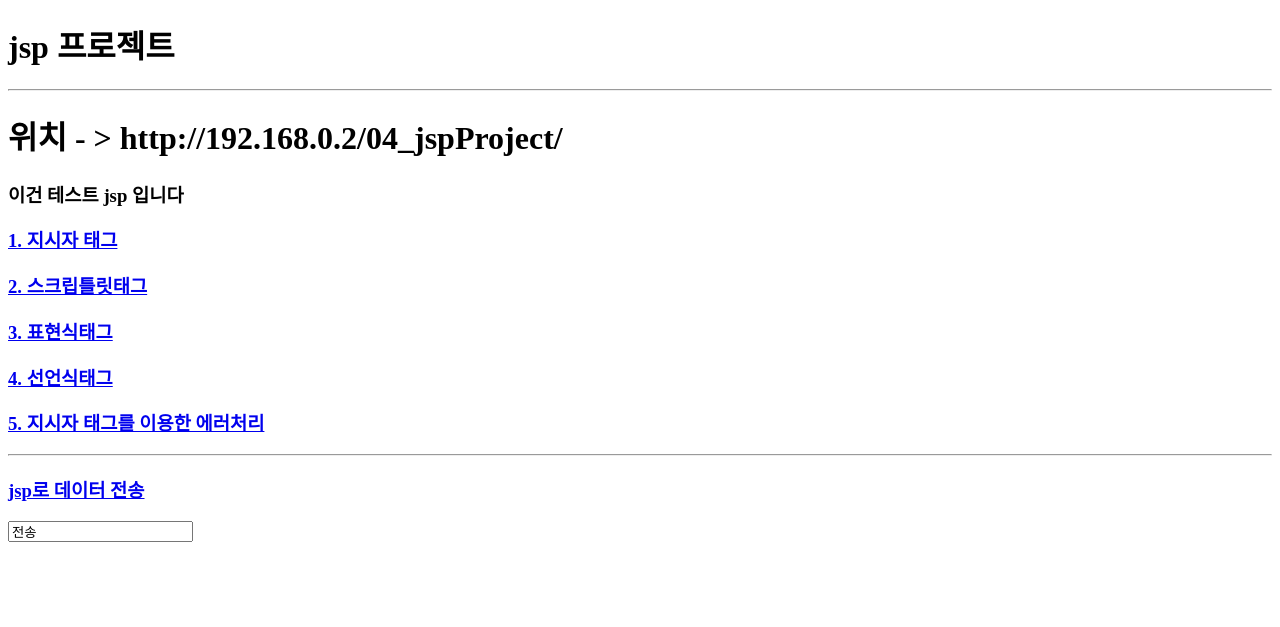
Repository: beescuit9510/toyProjects
Page: http://localhost/04_jspProject/
An editor plug-in stored every save of this project. The page is shown before and after the next save, followed by the edit.
The browser window is 1280 px wide. The pictures show the whole page.
The page is served by Tomcat 9.

Above is the page before, as saved 2021-09-30 05:38:36.

### web-server-workplace/04_jspProject/src/main/webapp/index.jsp
<%@ page language="java" contentType="text/html; charset=UTF-8"
    pageEncoding="UTF-8"%>
<!DOCTYPE html>
<html>
<head>
<meta charset="UTF-8">
<title>Insert title here</title>
</head>
<body>
	<h1>jsp 프로젝트</h1>
	<hr>
	<h1>위치 - > http://192.168.0.2/04_jspProject/</h1>
	<%@include file="/jsp/test.jsp" %>
	<h3><a href="/04_jspProject/jsp/directiveTag.jsp">1. 지시자 태그</a></h3>
	<h3><a href="/04_jspProject/jsp/scriptletTag.jsp">2. 스크립틀릿태그</a></h3>
	<h3><a href="/04_jspProject/jsp/expresstionTag.jsp">3. 표현식태그</a></h3>
	<h3><a href="/04_jspProject/jsp/declation.jsp">4. 선언식태그</a></h3>
	<h3><a href="/04_jspProject/jsp/errorTest.jsp">5. 지시자 태그를 이용한 에러처리</a></h3>
	<hr>
	<h3><a href="/04_jspProject/jsp/sendData1.jsp?name=변덕&age=20&addr=서울">jsp로 데이터 전송</a></h3>
	<form action="/04_jspProject/jsp/sendData2.jsp" method="get">
		<input type="text" name="data1><br>
		<input type="text" name="data1><br>
		<input type="submit" value="전송"><br>
	</form>

</body>
</html>

### web-server-workplace/04_jspProject/src/main/webapp/jsp/test.jsp
<%@ page language="java" contentType="text/html; charset=UTF-8"
    pageEncoding="UTF-8"%>
<!DOCTYPE html>
	<h3>이건 테스트 jsp 입니다</h3>
	<script>
		function func1(){
			alert("함수실행");
		}
	</script>

After the next save:
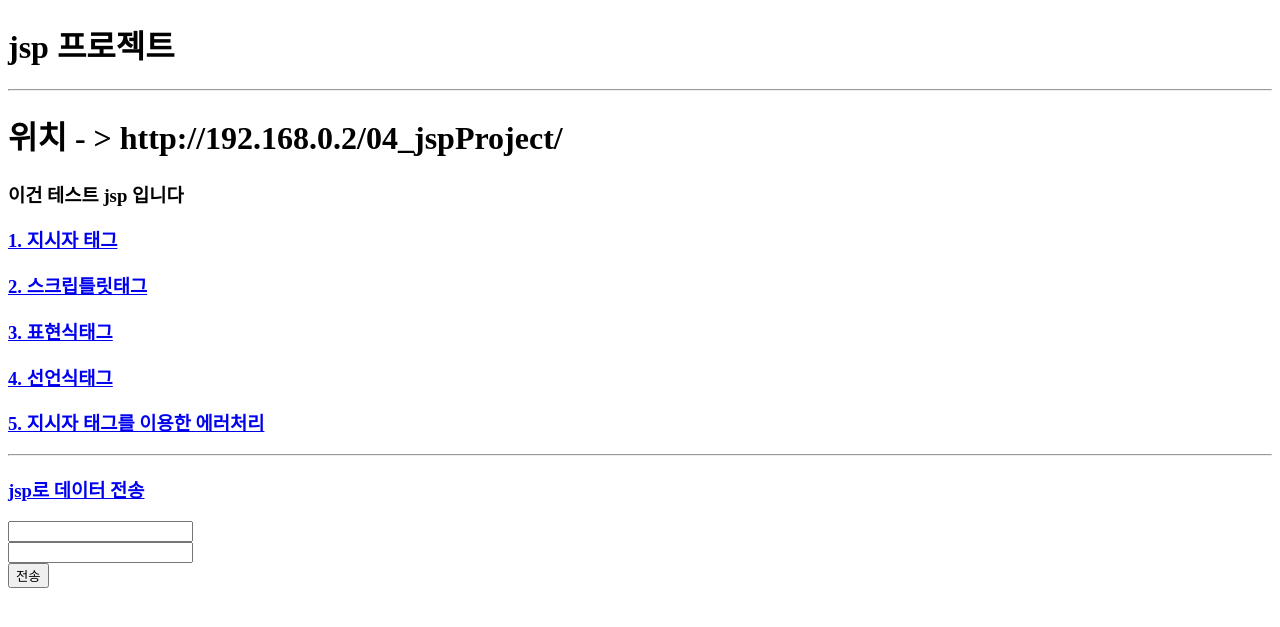
Saved 27 s later.
--- a/web-server-workplace/04_jspProject/src/main/webapp/index.jsp
+++ b/web-server-workplace/04_jspProject/src/main/webapp/index.jsp
@@ -19,10 +19,9 @@
 	<hr>
 	<h3><a href="/04_jspProject/jsp/sendData1.jsp?name=변덕&age=20&addr=서울">jsp로 데이터 전송</a></h3>
 	<form action="/04_jspProject/jsp/sendData2.jsp" method="get">
-		<input type="text" name="data1><br>
-		<input type="text" name="data1><br>
+		<input type="text" name="data1"><br>
+		<input type="text" name="data1"><br>
 		<input type="submit" value="전송"><br>
 	</form>
-
 </body>
 </html>
